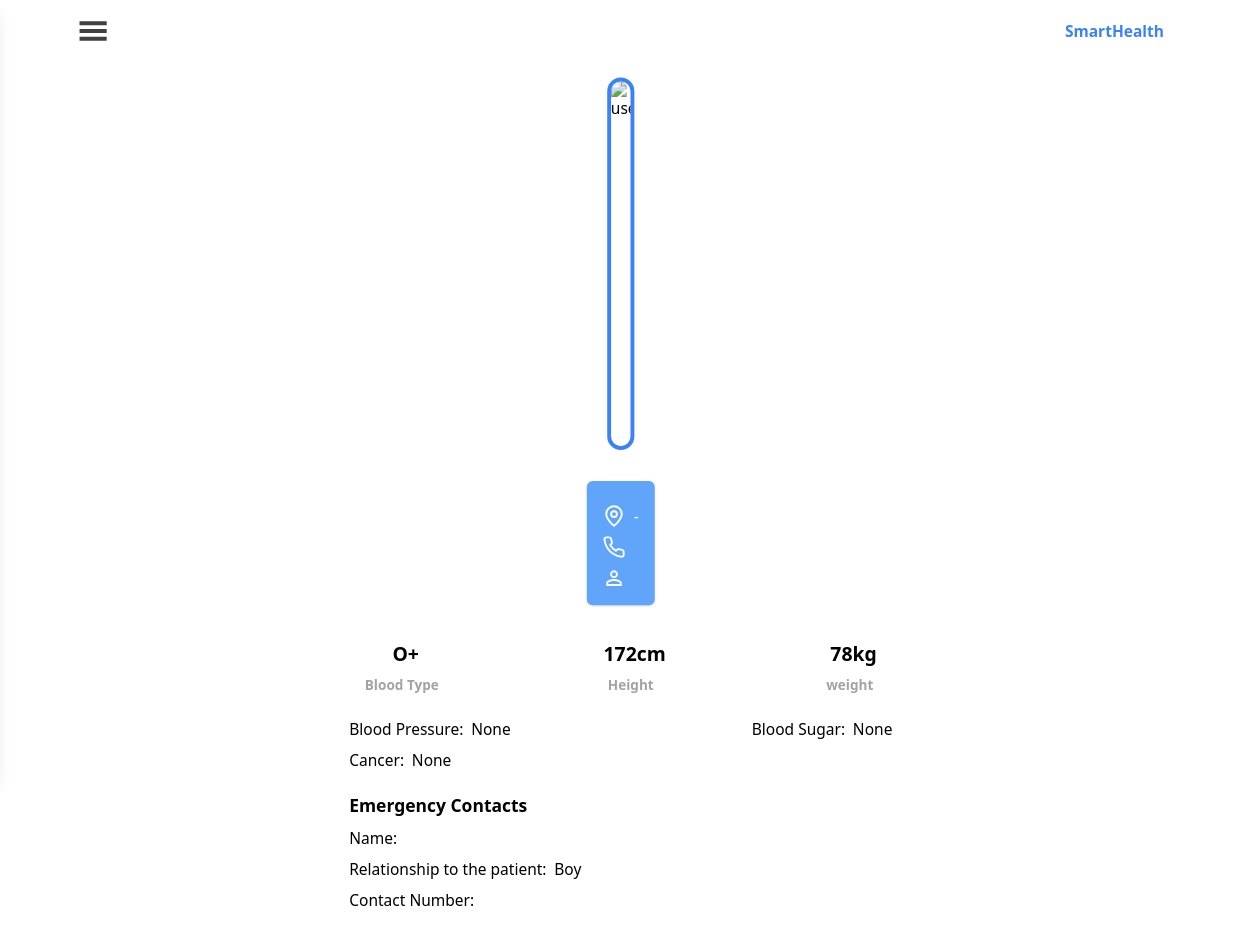
Repository: Sanaa00/HI-user
Page: /home
These files come from the project's save history. The page is drawn as it stood at one moment and after the next save; the edit follows.
The browser window is 1280 px wide. The pictures show the whole page, at 97% of full size.
The page's requests for data from a server got no answer. The project was rebuilt for these pictures with package versions that can differ from the ones it lists, and the page was loaded fresh each time. No one was signed in, and anything a server would have sent is missing. Also part of the build but not shown: vite.config.js, src/App.css, src/Components/Pagination.jsx, src/Pages/Prescription.jsx, src/Components/modalComponent.jsx, src/Pages/Laboratory.jsx, src/Pages/Radiographic.jsx, src/Components/InputField.jsx and 2 more.

Above is the page before, as saved 2024-01-12 21:11:53.

After the next save:
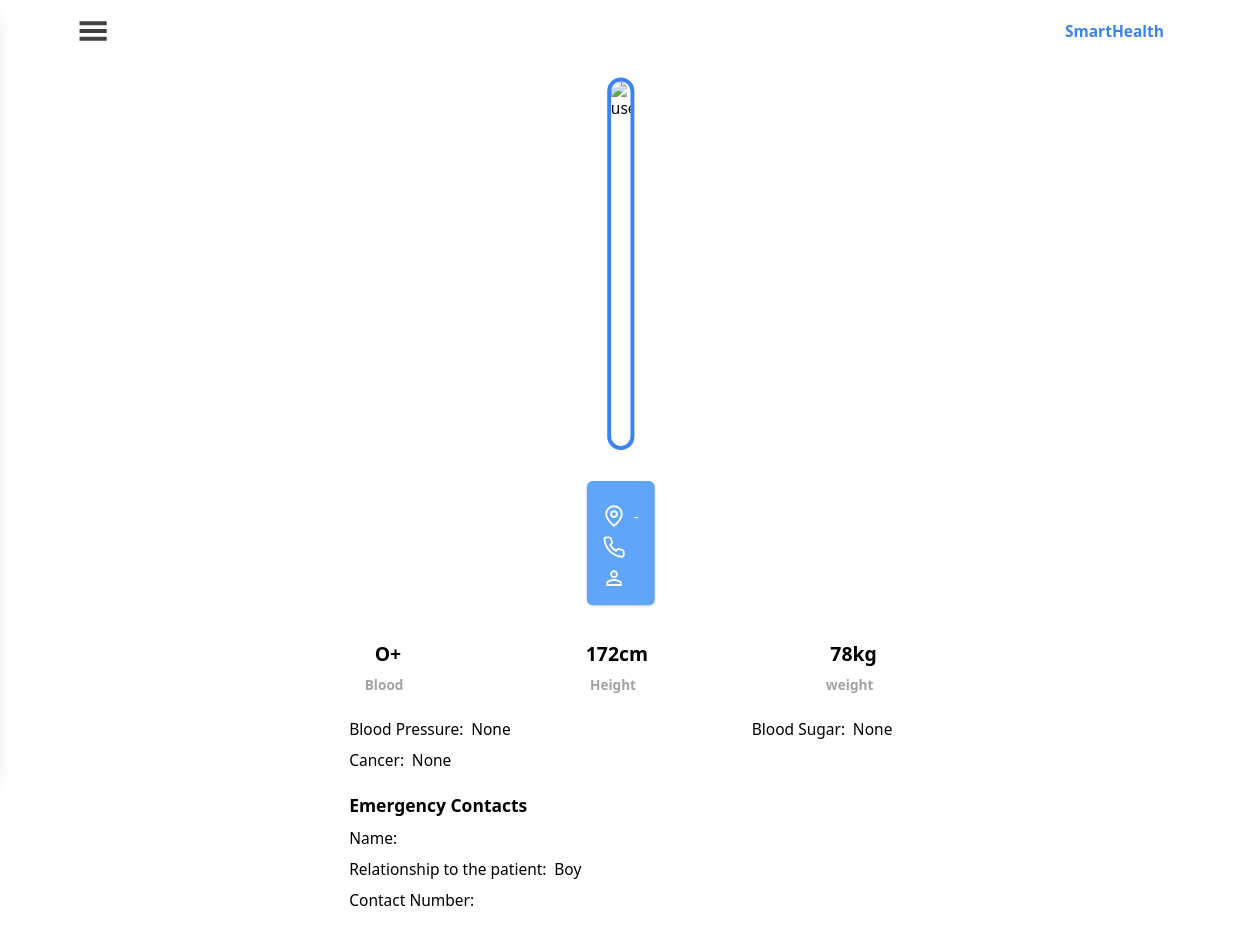
Saved 7 s later.
--- a/src/Pages/Home.jsx
+++ b/src/Pages/Home.jsx
@@ -92,7 +92,7 @@ function Home() {
           {' '}
           <div className="ml-2 text-xl font-bold">O+</div>
           <div className="text-sm font-semibold text-neutral-400 mt-2">
-            Blood Type
+            Blood
           </div>
         </div>{' '}
         {/* </div>{' '} */}
